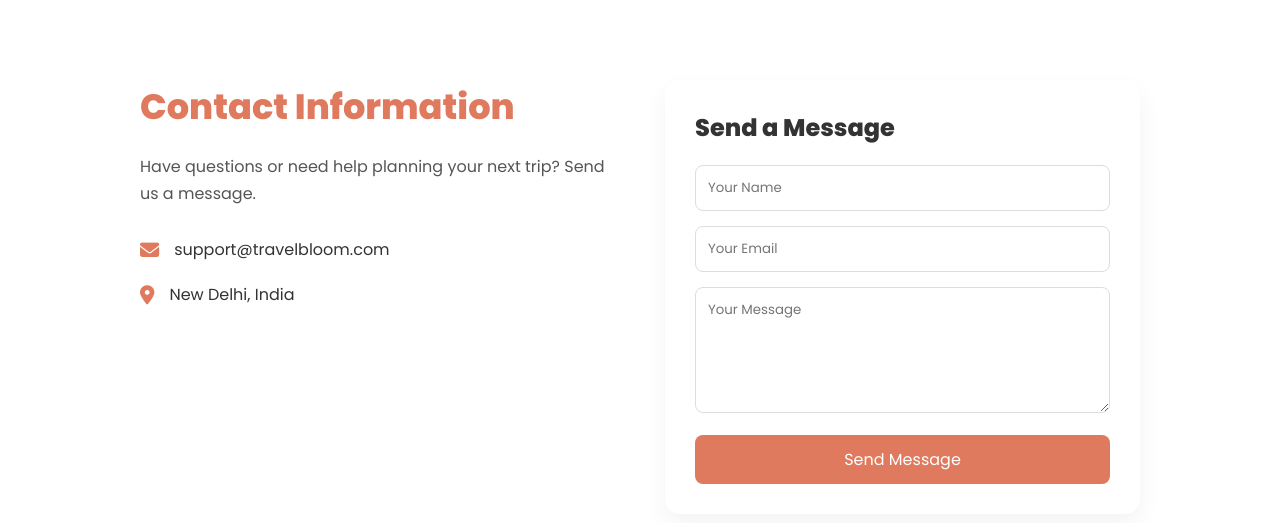
Repository: LatikaAdhikari064/TravelBloom_Project
Page: contact.html
The author's editor kept a copy of each file at every save. The page is drawn from the files as they stood at one save, then again after the next save.
The browser window is 1280 px wide. The pictures show the whole page.

Above is the page before, as saved 2026-01-08 20:59:15.

After the next save:
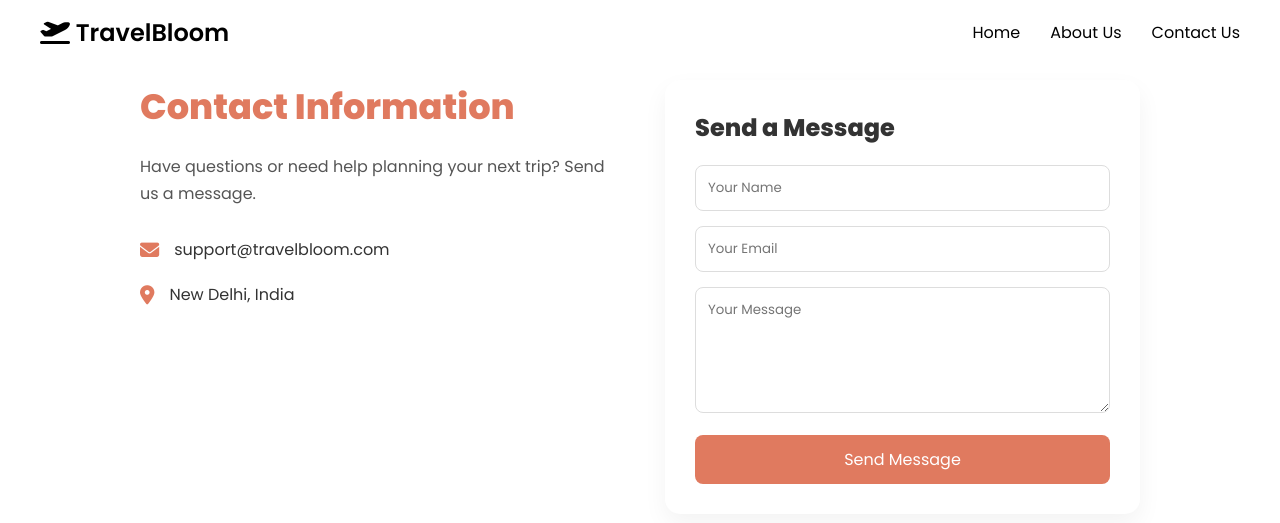
Saved 13 s later.
--- a/contact.css
+++ b/contact.css
@@ -23,7 +23,7 @@
 .logo {
     font-size: 1.5rem;
     font-weight: 600;
-    color: white;
+    color: rgb(0, 0, 0);
 }
 
 .nav-links {
@@ -34,7 +34,7 @@
 
 .nav-links a {
     text-decoration: none;
-    color: white;
+    color: rgb(0, 0, 0);
     font-weight: 400;
     transition: color 0.3s;
 }
